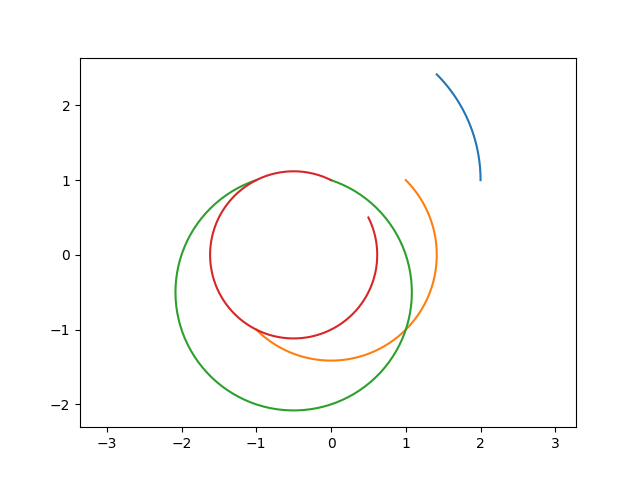
Repository: lbylzkx/Circle-Point-Manuscript
Script's output: python draw_flower_test.py
An editor plug-in stored every save of this project. The script's output is shown before and after the next save, followed by the edit.
Random numbers start from a fixed seed.

Above is the script's output before, as saved 2023-09-20 10:21:05.

After the next save:
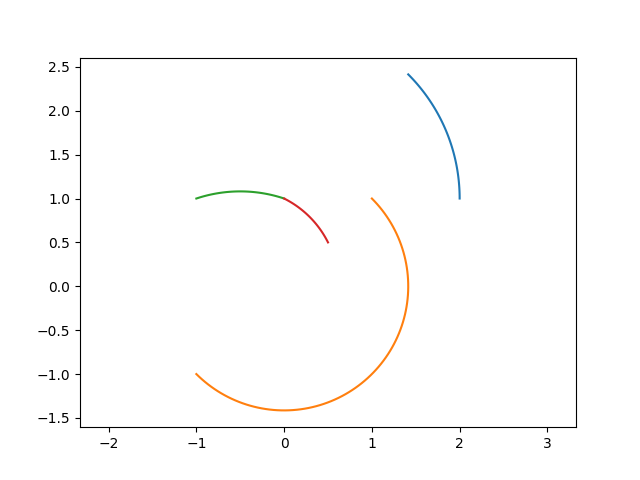
Saved 46 s later.
--- a/draw_flower_test.py
+++ b/draw_flower_test.py
@@ -4,6 +4,6 @@ import matplotlib.pyplot as plt
 arc((0, 1), (2, 1), (1, 2))
 arc((0, 0), (-1, -1), (1, 1))
 
-arc((-0.5, -0.5), (-1, 1), (0, 1))
-arc((-0.5, 0), (0, 1), (0.5, 0.5))
+arc((-0.5, -0.5), (0, 1), (-1, 1))
+arc((-0.5, 0), (0.5, 0.5), (0, 1))
 plt.show()
